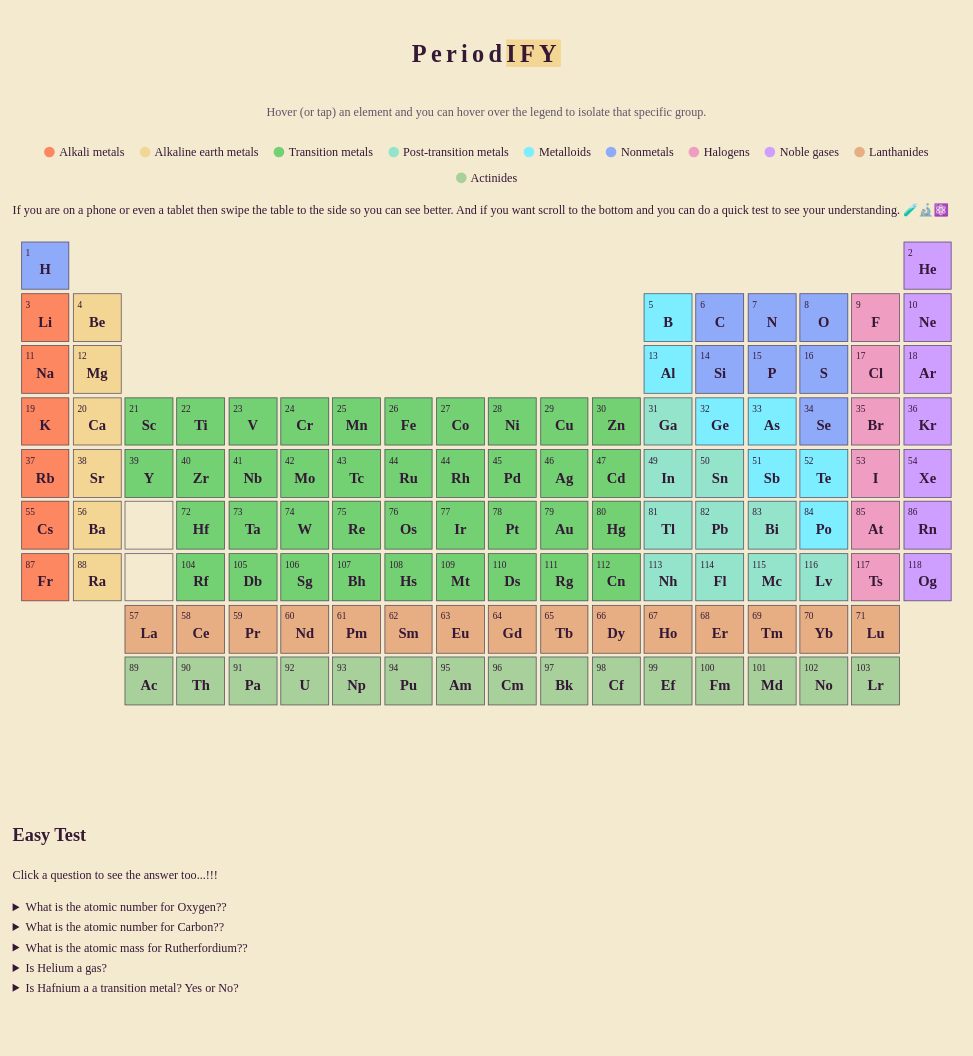
Repository: manayparikh1/Periodify
Page: index.html
An editor plug-in stored every save of this project. The page is shown before and after the next save, followed by the edit.
The browser window is 1280 px wide. The pictures show the whole page, at 76% of full size.

Above is the page before, as saved 2026-10-19 20:06:14.

After the next save:
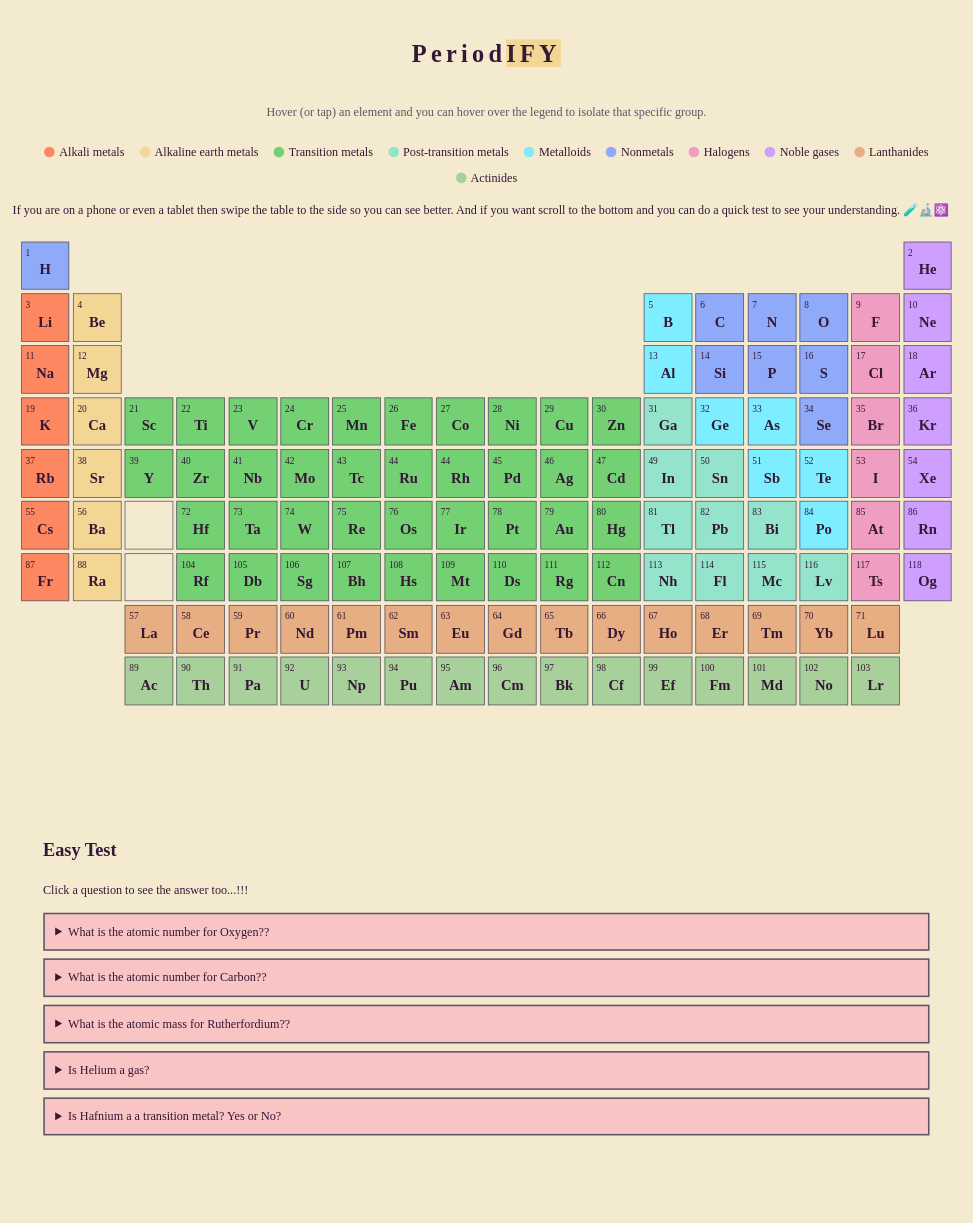
Saved 7 min 45 s later.
--- a/index.html
+++ b/index.html
@@ -176,7 +176,7 @@
     </div>
 
 
-    <!-- the quiz section with around 8 questions-->
+    <!-- the quiz section with around 5 questions-->
     <section class="Quiz">
         <h2>Easy Test</h2>
         <p>Click a question to see the answer too...!!!</p>
@@ -396,3 +396,24 @@
         }
 
         /*the quiz function*/
+
+
+        .Quiz {
+            margin: 40px;
+        }
+
+        .Quiz details {
+            border: 2px solid var(--main);
+            /*Gives a box */
+            padding: 10px 14px;
+            /*spacing in the box*/
+            margin-bottom: 10px;
+            /*spacing between the boxes*/
+            background: rgb(249, 196, 196);
+        }
+
+        .quiz summary {
+            font-weight: bold;
+            cursor: pointer;
+            /*js shows that its clickable*/
+        }
